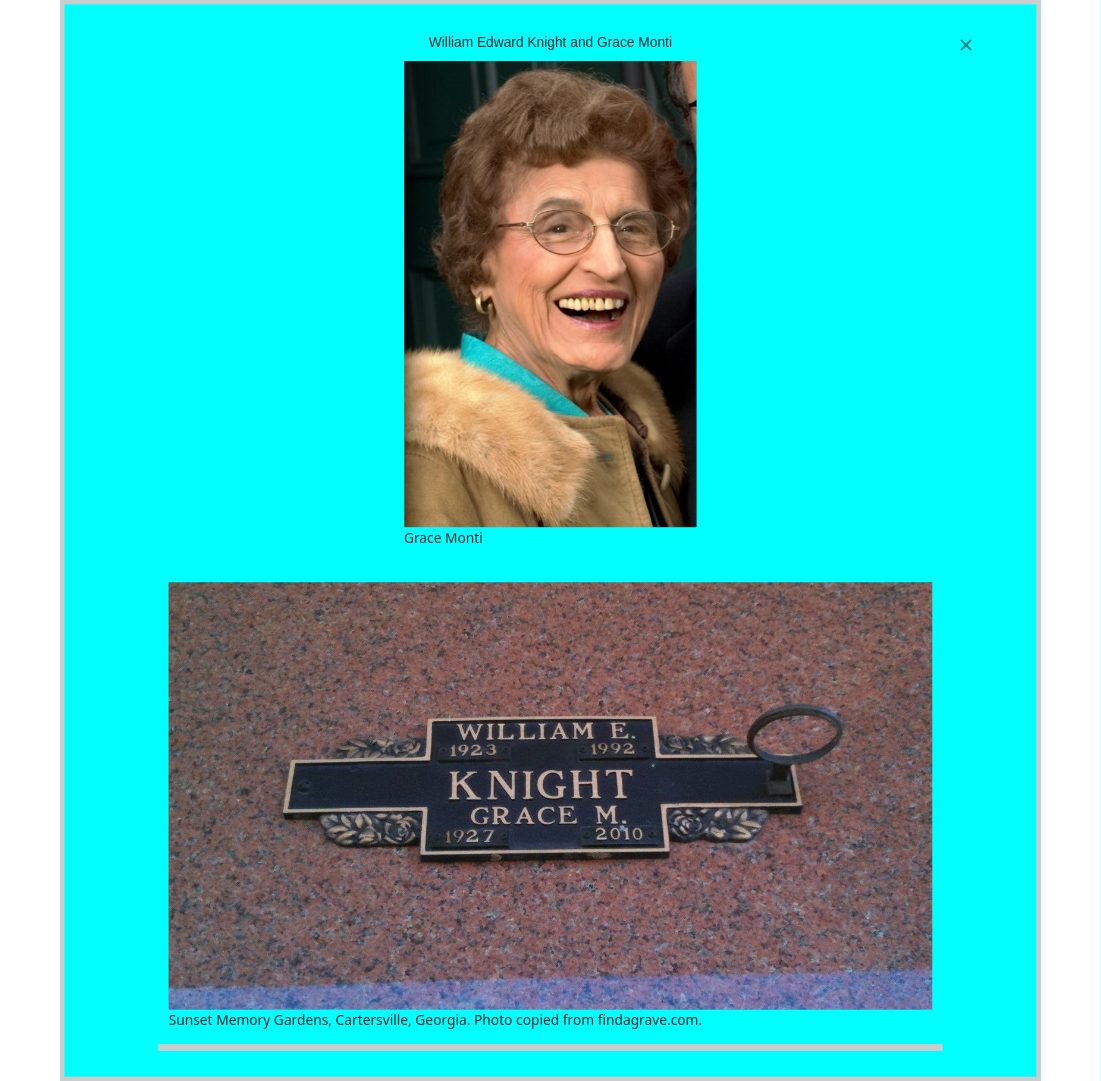
Repository: George2916/GreensladeFamilyTree
Page: photoWilliamEdwardKnightBorn1923.html
The author's editor kept a record of every edit. The page is drawn from the files as they stood at one moment, then again after the next edit.
The browser window is 1280 px wide. The pictures show the whole page, at 86% of full size.

Above is the page before.

### photoWilliamEdwardKnightBorn1923.html
<!doctype html>
<html lang="en">
<head>

    <meta charset="utf-8">
    <meta http-equiv="X-UA-Compatible" content="IE-edge">
    <meta name="viewport" content="width=device-width, initial-scale=1">
    <!--[if lt IE 9]
        <script src="https://oss.maxcdn.com/html5shiv/3.7.2/html5shiv.min.js"></script>
        <script src="https://oss.maxcdn.com/respond/1.4.2/respond.min.js"></script>
    <![endif]-->

    <link rel="stylesheet" type="text/css" href="css/bootstrap.css">
    <link rel="stylesheet" type="text/css" href="css/myStyle.css">

<title>William Edward Knight Born 1923 Photo</title>

</head>
<body>

<div class="container background">

    <div class="row">

        <div class="col-1" >
        </div>

        <div class="col-10">
            <h6 id="headingZZZ">William Edward Knight and Grace Monti</h6>
        </div>

  		<div class="col-1">
  		    <button onclick="goingBack()" id="btn-ZZZ"><!--&times; &#10006;-->&#x2715;</button>
        </div>

    </div>

        <div class="row"><!--row-->

            <div class="col-12 col-md-4">
            </div>

            <div class="col-12 col-md-4">
                <div>
                <img class="img-fluid" src="images/graceMonti.jpg">
                <p>Grace Monti</p>
                </div>
            </div>

            <div class="col-12 col-md-4">
            </div>

        </div><!--closes row-->
        <br>

        <div class="row"><!--row-->

            <div class="col-12 col-md-4">
            </div>

            <div class="col-12 col-md-4">

            </div>

            <div class="col-12 col-md-4">
            </div>

        </div><!--closes row-->

        <div class="row"><!--row-->

            <div class="col-12 col-md-1">
            </div>

            <div class="col-12 col-md-10 borderBottom">
                <div>
                    <img class="img-fluid" src="images/williamEdwardKnightBorn1923(1).jpg">
                <p>Sunset Memory Gardens, Cartersville, Georgia. Photo copied from findagrave.com.</p>
                </div>
            </div>

            <div class="col-12 col-md-1">
            </div>

        </div><!--closes row-->

</div><!--closes container-->

<script src="js/bootstrap.js"></script>
<script src="js/myJavascript.js"></script>

</body>
</html>

### css/myStyle.css
/*STYLING FOR INDEX.HTML*/

.tree {width: 44500px;}

.George1 {
	background: #00FFFF;
	border: 1px solid #ccc;
	border-radius: 5px;
	-webkit-border-radius: 5px;
	-moz-border-radius: 5px;
	-o-border-radius: 5px;
	color: #666;
	display: inline-block;
	font-family: arial, verdana, tahoma;
	font-size: 11px;
	height: 50px;
	margin-right: -4px;
	text-decoration: none;
	vertical-align: text-bottom;
	width: 180px;
}

.George1 p {text-align: center;}

.George2 {
	background: white;
	display: inline-block;
	font-family: arial, verdana, tahoma;
	font-size: 11px;
	height: 50px;
	margin-right: -4px;
	text-align: center;
	vertical-align: text-bottom;
	width: 180px;
}

.George2 svg {overflow: visible;}

.George3::after {
	content: '';
    position: relative;
    top: 50%;
    border-top: 3px dashed lightblue;
    display: block;
}

.George4 {
	background: white;
	border: 1px solid white;
	color: blue;
	display: inline-block;
	font-family: arial, verdana, tahoma;
	font-size: 13px;
	height: 50px;
	margin-right: -4px;
	padding: 15px;
	text-align: center;
	vertical-align: text-bottom;
	width: 180px;
}

.George5 {position: relative;}

.sticky {
	position: sticky;
	left:0;
	z-index:10;
}

.divorceSign {
	font-size: 225%;
	letter-spacing: -5.5px;
	line-height: 110%;
}

.marriageSign {
	font-size: 225%;
	letter-spacing: -6px;
	line-height: 110%;
}

.marriageSignELKnight {
	font-size: 225%;
	letter-spacing: -6px;
	line-height: 50%;
	padding-bottom: 20px;
}

/*the next 5 divs create the lines to the left and right of GAG, born 1864 and GG, born about 1833*/

.lineGAG1 {
  width: 60px;
  background: #ccc;
  height: 2px;
  display: inline-block;
  margin-bottom: 2.5px;
}

.pointGAG1 {
  width: 0;
  height: 0;
  border-top: 5px solid transparent;
  border-bottom: 5px solid transparent;
  border-left: 10px solid #ccc;
  display: inline-block;
  margin-bottom: -1px;
  margin-right: -4px;
  transform: rotate(180deg);
  -moz-transform: rotate(180deg);
  -o-transform: rotate(180deg);
  -webkit-transform: rotate(180deg);
}

.marriageGAG{
	display: inline-block;
	margin-top: 22px;
}

.lineGAG2 {
  width: 60px;
  background: #ccc;
  height: 2px;
  display: inline-block;
  margin-bottom: 2.5px;
  margin-right: -4px;
}

.pointGAG2 {
  width: 0;
  height: 0;
  border-top: 5px solid transparent;
  border-bottom: 5px solid transparent;
  border-left: 10px solid #ccc;
  display: inline-block;
  margin-bottom: -1px;
}

.upperRight a {
	position: absolute;
	bottom: 102.5%;
	color: #666;
	text-decoration: none;
}

.upperRightArrow {font-size: 125%;}

.docLink {
	color: black;
	text-decoration: none;
}

.docLink:hover {
	color: black;
	font-weight: 500;
	text-decoration: none;
}

.progenyLink {
	color: #666;
	text-decoration: none;
}

/*moreInfoZero used for people with neither birth nor death date, moreInfoOne used for people with one or the other, moreInfoTwo used for people with both*/

.moreInfoZero a {
	position: relative;
	bottom: -16px;
	left: 1px;
	color: #666;
	text-decoration: none;
	z-index: 2;
}

.moreInfoOne a {
	position: relative;
	bottom: 0;
	left: 1px;
	color: #666;
	text-decoration: none;
	z-index: 2;
}

.moreInfoTwo a {
	position: relative;
	bottom: 16px;
	left: 1px;
	color: #666;
	text-decoration: none;
	z-index: 2;
}

.moreInfoZero a:hover, .moreInfoOne a:hover, .moreInfoTwo a:hover, .progenyLink:hover, .upperRight a:hover, .upperRightKo a:hover, .upperRightWestacott a:hover {
	color: black;
	text-decoration: none;
}

.moreInfoArrow {
	font-size: 125%;
}

/* make text of "More Info" and "Pictures(1)" under George Aflred Greenslade, born 1864 smaller when viewed on smaller devices */

@media only screen and (max-width: 435px) {
  #smallFont {font-size: 95%}
}

/*STYLING FOR KO FAMILY TREE*/

.Ktree {width: 1300px;}

.ko1 {
	background: #FF7034;
	border-radius: 5px;
	-webkit-border-radius: 5px;
	-moz-border-radius: 5px;
	-o-border-radius: 5px;
	font-family: 'Itim', arial, verdana;
	font-size: 18px;
	height: 50px;
	margin: 5px 0px 5px 6px;
	padding-top: 10px;
	text-align: center;
	width: 906px;
}

.ko2 {width: 180px;}

.upperRightKo a {
	position: absolute;
	bottom: 77.7%;
	color: #666;
	text-decoration: none;
}

.indentKo {
	padding: 150px;
}

/*STYLING FOR DUFFY, LEO GARCIA, SCHNEIDER AND SIDOROFF FAMILY TREES*/

.duffyTree {width: 3900px;}

.LGtree {width: 1350px;}

.SchnTree {width: 945px;}

.stevensTree {width: 2400px;}

/*.duffy1A - 1C are used to create the colors of the Irish flag on Duffy family tree*/

.duffy1A {
	background: #169B62;
	border-radius: 5px 0px 0px 5px;
	-webkit-border-radius: 5px 0px 0px 5px;
	-moz-border-radius: 5px 0px 0px 5px;
	-o-border-radius: 5px 0px 0px 5px;
	display: inline-block;
	height: 71px;
	margin: 25px -185px -25px 850px;
	width: 600px;
	vertical-align: text-bottom;
}

.duffy1B {
	background: #f0ead6;
	display: inline-block;
	font-family: 'Itim', arial, verdana;
	font-size: 18px;
	height: 50px;
	margin: 5px -2px 5px -2px;
	padding-top: 10px;
	text-align: center;
	/* width: 300px; */
	width: 600px;
	vertical-align: text-bottom;
}

.duffy1C {
	background: #FF883E;
	border-radius: 0px 5px 5px 0px;
	-webkit-border-radius: 0px 5px 5px 0px;
	-moz-border-radius: 0px 5px 5px 0px;
	-o-border-radius: 0px 5px 5px 0px;
	display: inline-block;
	height: 71px;
	margin: 5px 0px -25px -5px;
	width: 600px;
	vertical-align: text-bottom;
}

/*.leoGarcia1A - 1C are used to create the colors of the Peruvian flag on the Leo Garcia family tree*/

.leoGarcia1A {
	background: #D91023;
	border-radius: 5px 0px 0px 5px;
	-webkit-border-radius: 5px 0px 0px 5px;
	-moz-border-radius: 5px 0px 0px 5px;
	-o-border-radius: 5px 0px 0px 5px;
	display: inline-block;
	height: 50px;
	margin: 5px -3px 5px 0px;
	width: 420px;
	vertical-align: text-bottom;
}

.leoGarcia1B {
	background: #f0ead6;
	display: inline-block;
	font-family: 'Itim', arial, verdana;
	font-size: 18px;
	height: 50px;
	margin: 5px -1px 5px -1px;
	padding-top: 10px;
	text-align: center;
	width: 420px;
	vertical-align: text-bottom;
}

.leoGarcia1C {
	background: #D91023;
	border-radius: 0px 5px 5px 0px;
	-webkit-border-radius: 0px 5px 5px 0px;
	-moz-border-radius: 0px 5px 5px 0px;
	-o-border-radius: 0px 5px 5px 0px;
	display: inline-block;
	height: 50px;
	margin: 5px 3px 5px -3px;
	width: 420px;
	vertical-align: text-bottom;
}

.sidoroff1 {
	background: #FF7034;
	border-radius: 5px;
	-webkit-border-radius: 5px;
	-moz-border-radius: 5px;
	-o-border-radius: 5px;
	font-family: 'Itim', arial, verdana;
	font-size: 18px;
	height: 50px;
	margin: 5px 0px 5px 0;
	padding-top: 10px;
	text-align: center;
	width: 1084px;
}

.stevens1 {
	background: #FF7034;
	border-radius: 5px;
	-webkit-border-radius: 5px;
	-moz-border-radius: 5px;
	-o-border-radius: 5px;
	font-family: 'Itim', arial, verdana;
	font-size: 18px;
	height: 50px;
	margin: 5px 0px 5px 720px;
	padding-top: 10px;
	text-align: center;
	width: 904px;
}

/* STYLING FOR MORRISON FAMILY TREE*/

.Mtree {width: 9400px;}

.morrison1 {
	background: #FF7034;
	border-radius: 5px;
	-webkit-border-radius: 5px;
	-moz-border-radius: 5px;
	-o-border-radius: 5px;
	font-family: 'Itim', arial, verdana;
	font-size: 18px;
	height: 50px;
	margin: 5px 0px 5px 2345px;
	padding-top: 15px;
	text-align: center;
	width: 1442px;
}

.indentElizabethLillianKnightDocs {padding-left: 250px;}

/*STYLING FOR WESTACOTT FAMILY TREE*/

.westacott1 {
	background: #FF7034;
	border-radius: 5px;
	-webkit-border-radius: 5px;
	-moz-border-radius: 5px;
	-o-border-radius: 5px;
	font-family: 'Itim', arial, verdana;
	font-size: 18px;
	height: 50px;
	margin: 5px 0px 5px 192px;
	padding-top: 10px;
	text-align: center;
	width: 540px;
}

.upperRightWestacott a {
	position: absolute;
	bottom: 61.5%;
	color: #666;
	text-decoration: none;
}

/*STYLING FOR MODALS*/

.modal-Info > div 	{
  	padding: 0px 20px 0px 20px;
	border: 2px solid #ccc;
	border-radius: 10px;
	-webkit-border-radius: 10px;
	-moz-border-radius: 10px;
	-o-border-radius: 10px;
	background: linear-gradient(#00FFFF, #ccfff2);
	background: -moz-linear-gradient(#00FFFF, #ccfff2);
	background: -webkit-linear-gradient(#00FFFF, #ccfff2);
	background: -o-linear-gradient(#00FFFF, #ccfff2);
 }

@media only screen and (max-width: 500px) {
   #shakespeareQuotes, #poem1, #poem2  {
    font-size: 70%;
  }
}

@media only screen and (max-width: 575px) and (min-width: 501px){
   #shakespeareQuotes, #poem1, #poem2  {
    font-size: 80%;
  }
}

.modal-Photo > div {margin: 10% auto;
 	padding: 5px 20px 13px 20px;
	border: 2px solid #ccc;
	border-radius: 10px;
	-webkit-border-radius: 10px;
	-moz-border-radius: 10px;
	-o-border-radius: 10px;
	background: #00FFFF;
}

.borderBottomModalPhoto {
	border-bottom: 2px solid #0080ff;
}

.modal-header {border-bottom: 2px solid #0080ff;}

.close {
	color: #000;
	font-family: arial, verdana, tahoma;
	font-size: 140%;
	opacity: 0.5;
	position: absolute;
	right: 12px;
	top: 25px;
	text-decoration: none;
	width: 36px;
}

/*modals with tabs*/

.btn-close:focus {
	box-shadow: none;
}

.tabHeading {
	color: #000000 !important;
	/* important is need for color because iphones default color is light blue*/
	border-radius: 100px;
	-webkit-border-radius: 100px;
	-moz-border-radius: 100px;
	-o-border-radius: 100px;
	outline: none !important;
    border: none !important;
	background: #0080ff;
	height: 40px;
	margin: 4px 0px;
	width: 100px;
}

.tabHeading:hover {
	cursor: grab;
	font-weight: 900;
}

.highlightedTab {background: #0000ff;
	border-radius: 100px;
	-webkit-border-radius: 100px;
	-moz-border-radius: 100px;
	-o-border-radius: 100px;
	font-weight: 700;
}

.highlightedTab:focus {
	outline: none !important;
    border: none !important;
}

/*STYLING FOR PHOTO[NAME].HTML AND PHOTODOCS[NAME].HTML */

@media only screen and (max-width: 576px) {
  .col-12 > p, .col-12 > div > p, .carousel-item > p  {font-size: 85%}
}

.img-responsive {
	max-width: 100%;
	height: auto;
	display: block;
}

.borderBottom {border-bottom: 8px solid #ccc;}

.pic-back {display: none;}

.background {background: #00FFFF;
	border: 5px solid #ccc;
	padding: 30px;
}

.center {text-align: center;}

.hover:hover {
	cursor: grab;
}

.heading {
	font-family: arial, verdana, tahoma;
	text-align: center;
}

/*the next 6 items create the styling for the button at the top of photo[name].html, photoDocs[name].html and carouselGeorgeAlfredGreensladeII.html*/

#headingZZZ {
	font-family: arial, verdana, tahoma;
	padding-top: 5px;
 	text-align: center;
}

#btn-ZZZ {
 	background: #00FFFF;
	border-style: hidden;
	color: #000;
	font-family: arial, verdana, tahoma;
	font-size: 140%;
	opacity: 0.5;
}

#btn-AAA {
	background: #9B533B;
	border-style: hidden;
	color: #000;
	font-family: arial, verdana, tahoma;
	font-size: 140%;
	opacity: 0.5;
}

#btn-ZZZ:hover {
	cursor: grab;
	opacity: 1.0;
}

#btn-AAA:hover {
	background: #00FFFF;
	cursor: grab;
	opacity: 1.0;
}

@media only screen and (max-width: 575px) {
   #headingZZZ {
    font-size: 85%;
  }

  #btn-ZZZ, #btn-AAA:hover {
  	font-size: 100%;}
}

/* STYLING FOR photoRichardGreenslade.html */

.noDisplay {
	visibility: hidden;
}

/*STYLING FOR photoWayneKnight.html*/

@media only screen and (min-device-width: 300px) {
  .wayneKnightPhoto {
    height: 170px;
    width: auto;
  }
}

@media only screen and (min-device-width: 350px) {
  .wayneKnightPhoto {
    height: 200px;
    width: auto;
  }
}

@media only screen and (min-device-width: 440px) {
  .wayneKnightPhoto {
    height: 260px;
    width: auto;
  }
}

@media only screen and (min-device-width: 500px) {
  .wayneKnightPhoto {
    height: 290px;
    width: auto;
  }
}

@media only screen and (min-device-width: 576px) {
  .wayneKnightPhoto {
    height: 320px;
    width: auto;
  }
}

@media only screen and (min-device-width: 768px) {
  .wayneKnightPhoto {
    height: 190px;
    width: auto;
  }
}

@media only screen and (min-device-width: 992px) {
  .wayneKnightPhoto {
    height: 250px;
    width: auto;
  }
}

@media only screen and (min-device-width: 1200px) {
  .wayneKnightPhoto {
    height: 320px;
    width: auto;
  }
}

@media only screen and (min-device-width: 1400px) {
  .wayneKnightPhoto {
    height: 350px;
    width: auto;
  }
}

/*STYLING FOR carouselGeorgeGreensladeII.html and photoDocs[name].html for BelleHinks, CarolinaVirginiaGreenslade and GeorgeGreensladeBorn1864*/

@media only screen and (min-width: 992px) {
	.BHcarousel-indicators {
		padding-bottom: 40px;
}
}

@media only screen and (min-width: 350px) {
	.GAGIcarousel-indicators {
		padding-bottom: 90px;
}
}

@media only screen and (min-width: 400px) {
	.GAGIcarousel-indicators {
		padding-bottom: 70px;
}
}

@media only screen and (min-width: 450px) {
	.GAGIcarousel-indicators {
		padding-bottom: 50px;
}
}

@media only screen and (min-width: 500px) {
	.GAGIcarousel-indicators {
		padding-bottom: 40px;
}
}

.carouselContainerGG {
	background: #9B533B;
	border: 4px solid #ccc;
	border-radius: 10px;
	-webkit-border-radius: 10px;
	-moz-border-radius: 10px;
	-o-border-radius: 10px;
}

@media only screen and (max-width: 767px) {
	.carouselGG {
		height: 400px;
		width: 100%;
		object-fit: contain;
}
}

@media only screen and (min-width: 768px) {
	.carouselGG {
		height: 500px;
		width: 100%;
		object-fit: contain;
}
}

@media only screen and (min-width: 992px) {
	.carouselGG {
		height: 700px;
		width: 100%;
		object-fit: contain;
}
}

.d-none {color: #FF7034;}

.carousel-indicators {filter: invert(100%);}

.carousel-control-prev-icon, .carousel-control-next-icon {filter: invert(100%); background-color:red;} /*background-color:red somehow changes the color of the left and righ arrows to something close to #00FFFF*/


.carousel .carousel-indicators button {
   	width: 10px;
  	height: 10px;
  	border-radius: 100%;
  	color: red;
}

/*STYLING FOR NAVBAR*/

.navbar {
	background: #FF7034;
	border-radius: 5px;
	-webkit-border-radius: 5px;
	-moz-border-radius: 5px;
	-o-border-radius: 5px;
	display: inline-block;
	font-family: arial, verdana, tahoma;
	margin: 5px 0px 5px 180px;
	width: 1628px;
}

.navbarDuffy {
	background: #f0ead6;
	border-radius: 5px;
	-webkit-border-radius: 5px;
	-moz-border-radius: 5px;
	-o-border-radius: 5px;
	display: inline-block;
	font-family: arial, verdana, tahoma;
	margin: 5px 0px 25px 180px;
	width: 600px;
}

.navbar-brand {
	font-family: 'Itim', arial, verdana;
}

.nav-item:hover {
	background: #FFB697;
	border-radius: 5px;
	-webkit-border-radius: 5px;
	-moz-border-radius: 5px;
	-o-border-radius: 5px;
}

.dropdown-menu {
	border: 2px solid #ccc;
	border-radius: 10px;
	-webkit-border-radius: 10px;
	-moz-border-radius: 10px;
	-o-border-radius: 10px;
	background: linear-gradient(#00FFFF, #ccfff2);
	background: -moz-linear-gradient(#00FFFF, #ccfff2);
	background: -webkit-linear-gradient(#00FFFF, #ccfff2);
	background: -o-linear-gradient(#00FFFF, #ccfff2);
}

.dropdown-item:hover {
	background: #00FFFF;
	border-radius: 15px;
	-webkit-border-radius: 5px;
	-moz-border-radius: 5px;
	-o-border-radius: 5px;
}

.dropdown-item:active {background-color: #00FFFF;
	color:black;
}
.dropdown-item:visited {background-color: #00FFFF;}

.georgeNB1 {
	display: inline-block;
	height: 50px;
	vertical-align: text-bottom;
	width: 5160px;
}

.indentShakespeare1 {padding-left: 20px;}

.indentShakespeare2 {padding-left: 25px;}

@media only screen and (max-width: 575px) {
   .indentShakespeare1 {
    padding-left: 0;
  }
}


/*STYLING IN SVG IN GREENSLADE FAMILY TREE*/

#thomasAndElizabethGreenslade::after, #georgeAndRhodaGreenslade::after {
	content: 'three \00a0\00a0\00a0 children';
    position: relative;
   	left: 6px;
   	top: -41px;
    color: #666;
    display: block;
}

#georgeAndMatildaGreenslade::after {
	content: 'four \00a0\00a0\00a0 children';
    position: relative;
   	left: 9px;
   	top: -41px;
    color: #666;
    display: block;
}

#maudeAndOtisBurnett::after {
	content: 'five \00a0\00a0\00a0 children';
    position: relative;
   	left: 9px;
   	top: -41px;
    color: #666;
    display: block;
}

#johnAndJaneGreenslade::after {
	content: 'nine \00a0\00a0\00a0 children';
    position: relative;
   	left: 9px;
   	top: -41px;
    color: #666;
    display: block;
}

#georgeAndAliceGreenslade::after {
	content: 'eight \00a0\00a0\00a0 children';
    position: relative;
   	left: 7px;
   	top: -41px;
    color: #666;
    display: block;
}

#georgeAndJaneGreenslade::after, #georgeAndEvaGreenslade::after, #elizabethAndFrederickSteer::after {
	content: 'six \00a0\00a0\00a0 children';
    position: relative;
   	left: 12px;
   	top: -41px;
    color: #666;
    display: block;
}

/*STYLING FOR realtionFinderModal AND poesyModal*/

.relationFinderButton {
	display: inline-block;
	vertical-align: text-bottom;
	line-height: 100%;
}

table {
  border-collapse: collapse;
  width: 100%;
}

th {
  border: 2px solid #ccc;
}

td {
	border: 2px solid #ccc;
	font-size: 90%;}

.tableHeading3 {font-size: 90%;
	font-weight: normal;
}
.firstColumn, .secondColumn {vertical-align: text-top;}

.thirdColumn {text-align: center;}

/*STYLING FOR MODALS FOR JOSEPH EUGENE WALSH, JONATHAN EDWARD GREENSLADE, RICHARD MICHAEL SIDOROFF, ANNIE MAY KNIGHT, ALBERT JAYNES MORRISON, JR.*/
/*STYLING FOR PHOTODOCS OF BESSIE GREENSLADE*/

.zoomA, .zoomB, .zoomC, .zoomC-1, .zoomE {margin: 0;}

@media only screen and (min-width: 768px) {

	.zoomA:hover {
		cursor: grab;
	  	transform: scale(2.0);
	  	transform-origin: left top;

	  	width: 600px;
	  	height: auto;
	  	/* ease | ease-in | ease-out | linear */
	 	transition: transform ease-in-out 0.1s;
	}

	.zoomA-1:hover {
		cursor: grab;
	  	transform: scale(1.0);
	  	transform-origin: left top;

	  	width: 600px;
	  	height: auto;
	  	/* ease | ease-in | ease-out | linear */
	 	transition: transform ease-in-out 0.1s;
	}

	.zoomB:hover {
		cursor: grab;
	  	transform: scale(2.5);
	  	transform-origin: left top;

	  	width: 600px;
	  	height: auto;
	  	/* ease | ease-in | ease-out | linear */
	 	transition: transform ease-in-out 0.1s;
	}

	.zoomC:hover {
		cursor: grab;
	  	transform: scale(3.5);
	  	transform-origin: top;

	  	width: 600px;
	  	height: auto;
	  	/* ease | ease-in | ease-out | linear */
	 	transition: transform ease-in-out 0.1s;
	}

	.zoomD:hover {
		cursor: grab;
	  	transform: scale(2.5);
	  	transform-origin: bottom;

	  	width: 600px;
	  	height: auto;
	  	/* ease | ease-in | ease-out | linear */
	 	transition: transform ease-in-out 0.1s;
	}

	.zoomE:hover {
		cursor: grab;
	  	transform: scale(3.5);
	  	transform-origin: left top;

	  	width: 600px;
	  	height: auto;
	  	/* ease | ease-in | ease-out | linear */
	 	transition: transform ease-in-out 0.1s;
	}

}

@media only screen and (max-width: 767px) {

	.zoomC-2 {display: none;}
}

/*STYLING FOR TOOLTIP ON MEAHAL DUFFY*/

.meahal {
	display: inline-block;
}
.meahal a {
	color: #666;
	text-decoration: none;
}

.meahal a:hover {
	color: black;
	text-decoration: none;
}

/*STYLING FOR GAGii MODAL*/

.modalIndent {
	margin-left: 15px;
}

Loaded but not shown: css/bootstrap.css (library); js/bootstrap.js (library); js/myJavascript.js (252 lines, source omitted)

After the next edit:
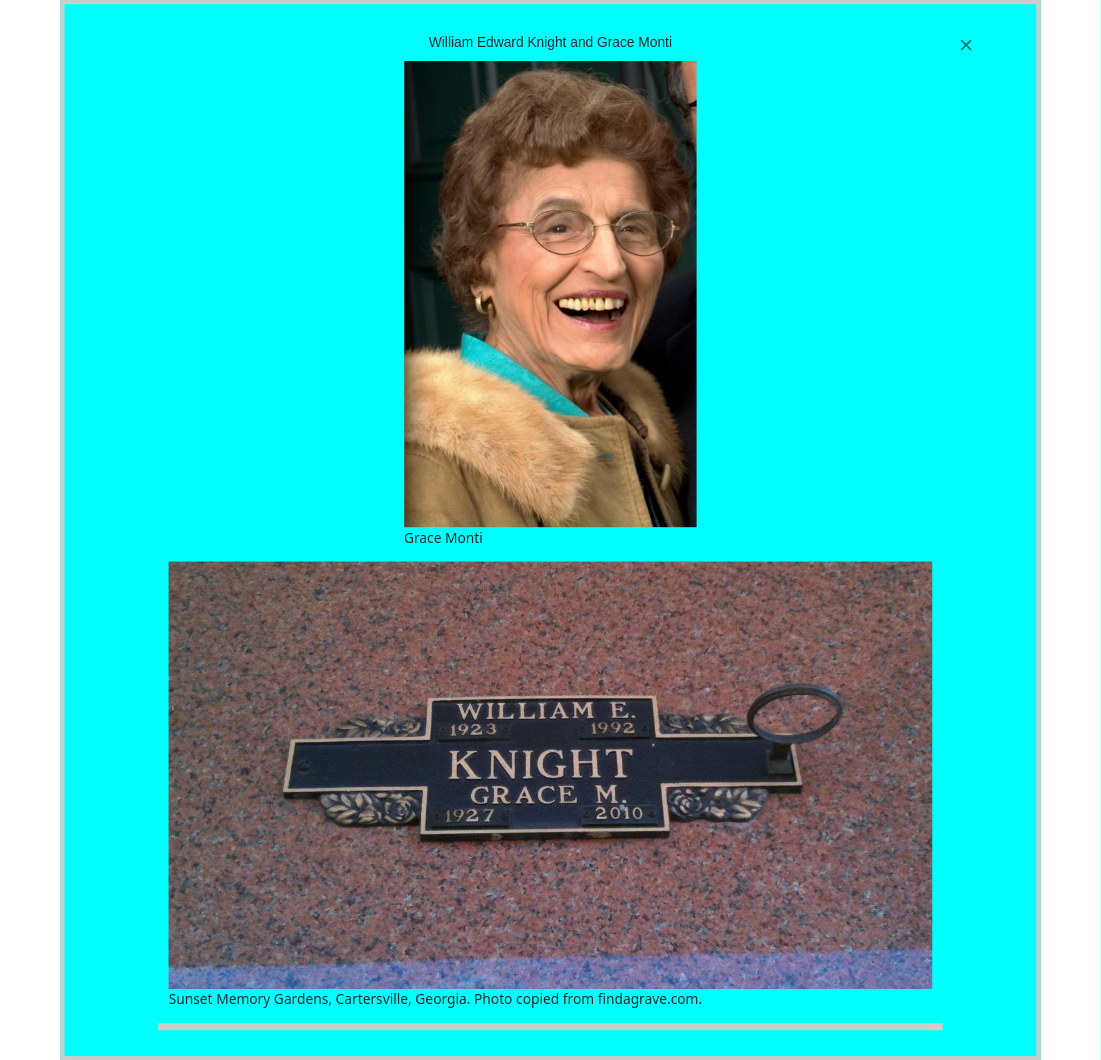
The edit:
--- a/photoWilliamEdwardKnightBorn1923.html
+++ b/photoWilliamEdwardKnightBorn1923.html
@@ -51,21 +51,6 @@
             </div>
 
         </div><!--closes row-->
-        <br>
-
-        <div class="row"><!--row-->
-
-            <div class="col-12 col-md-4">
-            </div>
-
-            <div class="col-12 col-md-4">
-
-            </div>
-
-            <div class="col-12 col-md-4">
-            </div>
-
-        </div><!--closes row-->
 
         <div class="row"><!--row-->
 
